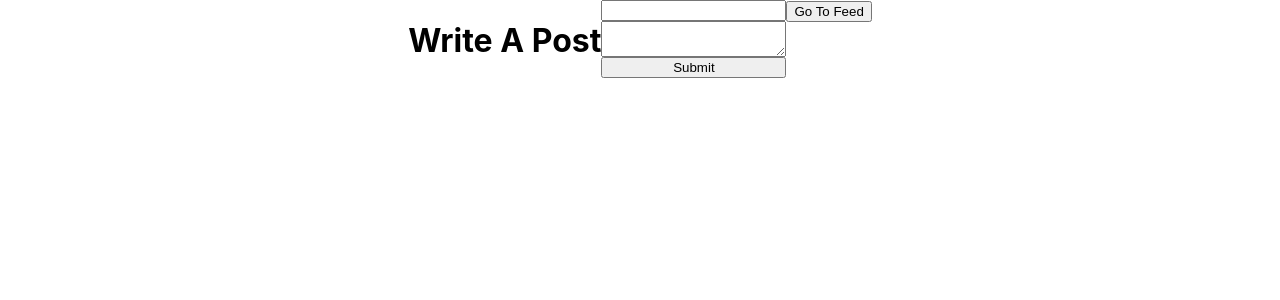
Repository: shaelorch/comp-week4
Page: /addPosts
An editor plug-in stored every save of this project. The page is shown before and after a run of saves, followed by the edit.
The browser window is 1280 px wide. The pictures show the whole page.
The project was rebuilt for these pictures with package versions that can differ from the ones it lists, and the page was loaded fresh each time. The framework's server and built-in components were replaced by stand-ins that run in the browser. Also part of the build but not shown: next.config.js.

Above is the page before, as saved 2023-01-31 23:05:42.

### pages/addPosts.js
import { useState } from 'react'
import axios from 'axios'
import { useEffect } from 'react'

export default function Home({posts}) {
    const [title, setTitle] = useState('')
    const [content, setContent] = useState('')

  const handleSubmit = async (e) => {
  e.preventDefault()
  const res = await axios.post('/api/posts', { title, content })
    console.log(res.data)
  }

  return <div style={{display:'flex', justifyContent:'center', }}>
  <h1>Write A Post</h1>

        <form onSubmit={handleSubmit} style={{display: "flex", flexDirection: "column", maxWidth: "400px"}}>
          <input type="text" value={title} onChange={(e) => setTitle(e.target.value)} />
          <textarea value={content} onChange={(e) => setContent(e.target.value)} />


            <button type="submit">Submit</button>
        </form>
        <a href='/'>
            <button>Go To Feed</button>
        </a>


    </div>
  }

Loaded but not shown: pages/_app.js (common file); styles/globals.css (common file)

After the next 2 saves:
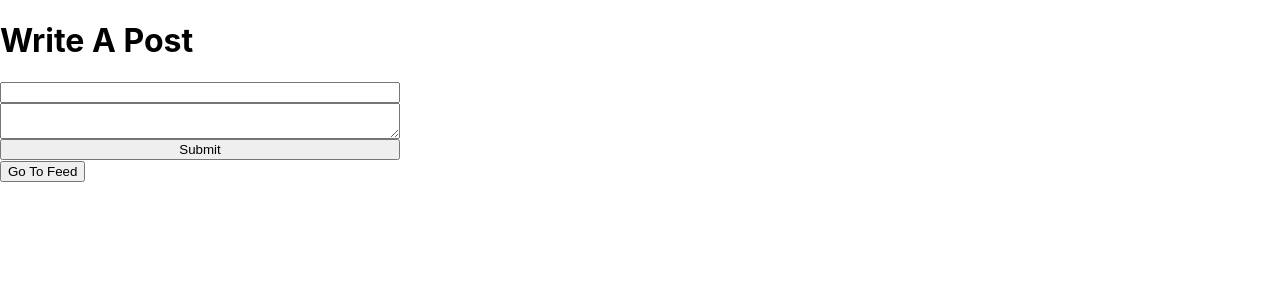
The 2 saves are shown as one change because they came seconds apart.
The last was saved 16 s later.
--- a/pages/addPosts.js
+++ b/pages/addPosts.js
@@ -12,7 +12,7 @@ export default function Home({posts}) {
     console.log(res.data)
   }
 
-  return <div style={{display:'flex', justifyContent:'center', }}>
+  return <div style={{display:'flex', justifyContent:'center', flexDirection:'column' }}>
   <h1>Write A Post</h1>
 
         <form onSubmit={handleSubmit} style={{display: "flex", flexDirection: "column", maxWidth: "400px"}}>
